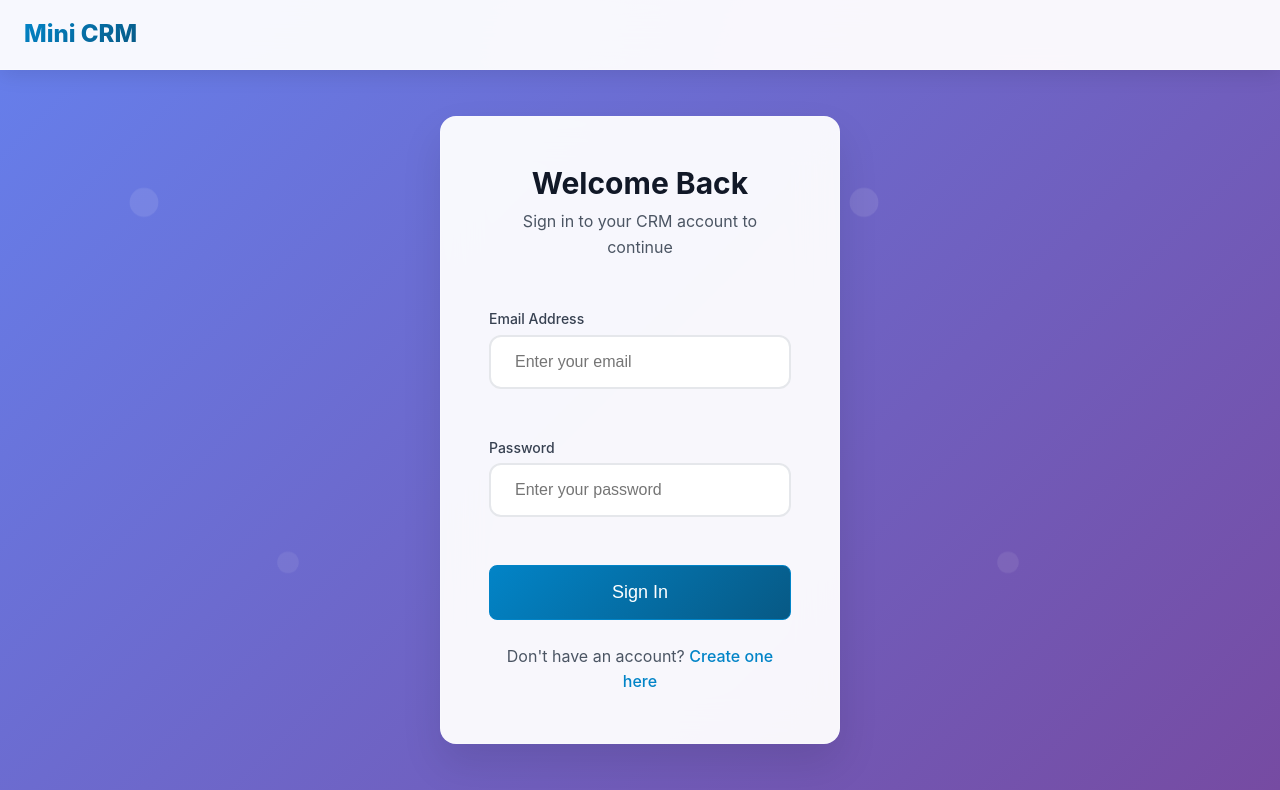
Repository: KarthikMallareddy/Mini-CRM
Page: / (app in frontend/)
The author's editor kept a copy of each file at every save. The page is drawn from the files as they stood at one save, then again after the next save.
The browser window is 1280 px wide. The pictures show the whole page.
Backgrounds fixed to the window are drawn as part of the page. The project was rebuilt for these pictures with package versions that can differ from the ones it lists, and the page was loaded fresh each time. Also part of the build but not shown: frontend/src/components/CustomerList.js, frontend/src/components/LeadList.js, frontend/src/components/CustomerDetail.js, frontend/src/components/LeadForm.js, frontend/src/pages/Register.js, frontend/src/pages/Dashboard.js, frontend/src/pages/Reports.js.

Above is the page before, as saved 2025-09-14 15:32:12.

After the next save:
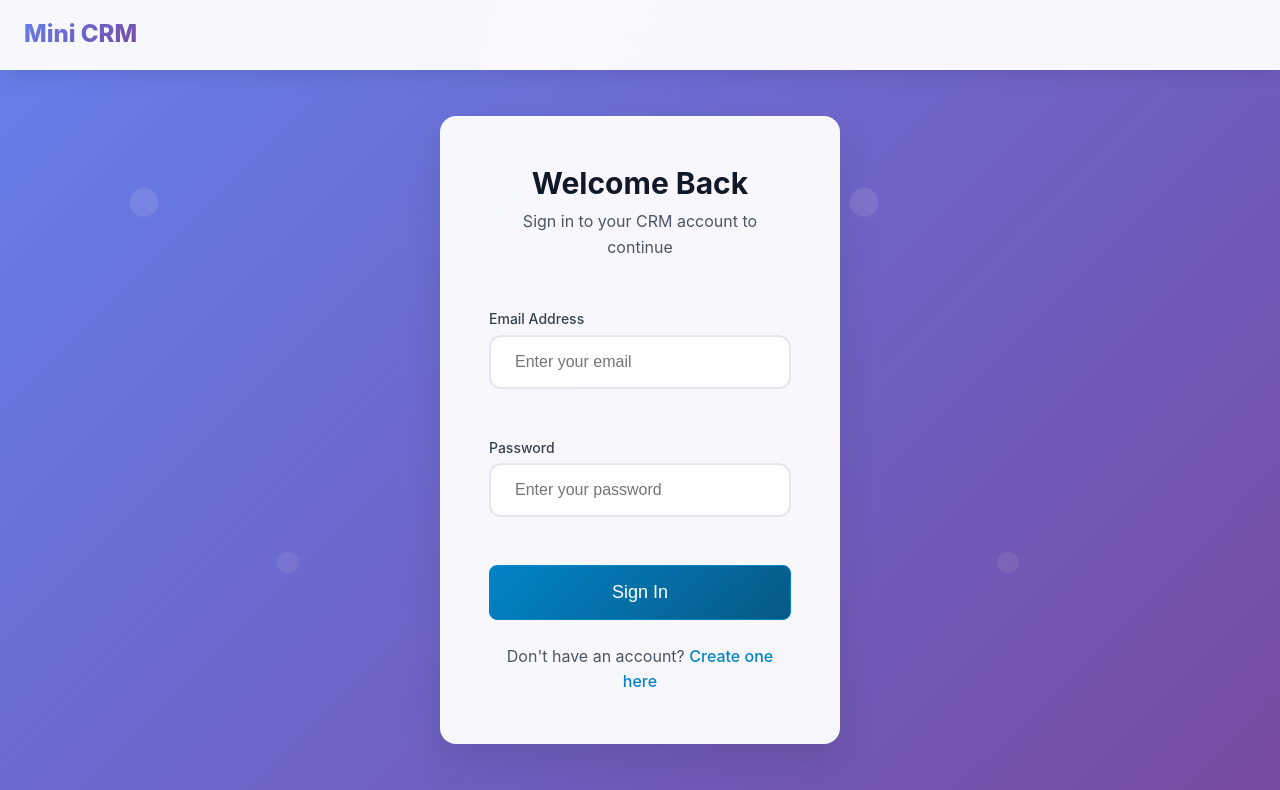
Saved 12 s later.
--- a/frontend/src/styles/components.css
+++ b/frontend/src/styles/components.css
@@ -489,11 +489,22 @@
 .navbar-brand h1 {
   font-size: var(--font-size-2xl);
   font-weight: 800;
-  background: var(--gradient-primary);
+  background: linear-gradient(135deg, #667eea 0%, #764ba2 100%);
   background-clip: text;
   -webkit-background-clip: text;
   -webkit-text-fill-color: transparent;
   margin: 0;
+  position: relative;
+}
+
+.navbar-brand h1::before {
+  content: '🚀';
+  position: absolute;
+  left: -40px;
+  top: 50%;
+  transform: translateY(-50%);
+  font-size: 1.5rem;
+  animation: pulse 2s ease-in-out infinite;
 }
 
 .navbar-nav {
